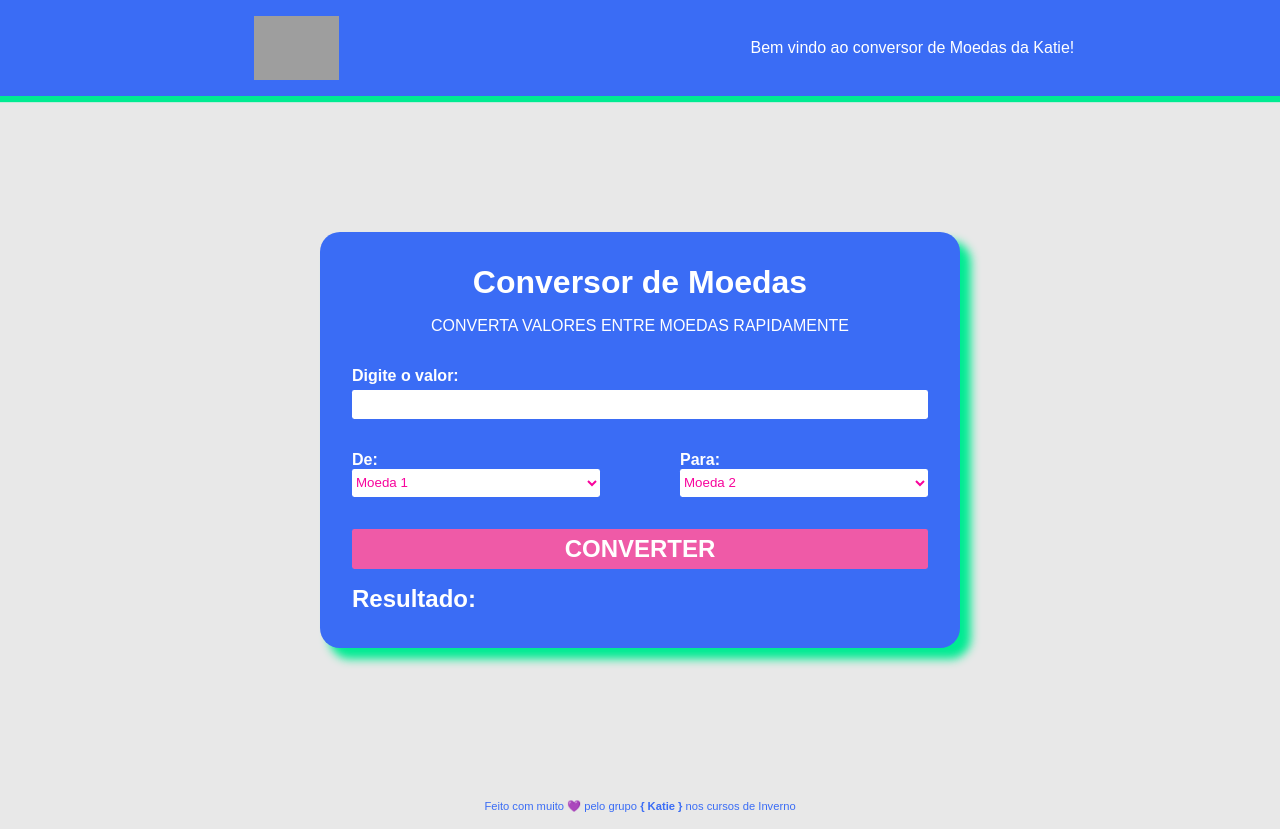
Repository: willamesalmeida/Conversor-de-Moedas
Page: index.html
An editor plug-in stored every save of this project. The page is shown before and after the next save, followed by the edit.
The browser window is 1280 px wide. The pictures show the whole page.
Pictures or frames that could not be fetched are drawn as grey boxes.

Above is the page before, as saved 2022-08-07 15:24:14.

After the next save:
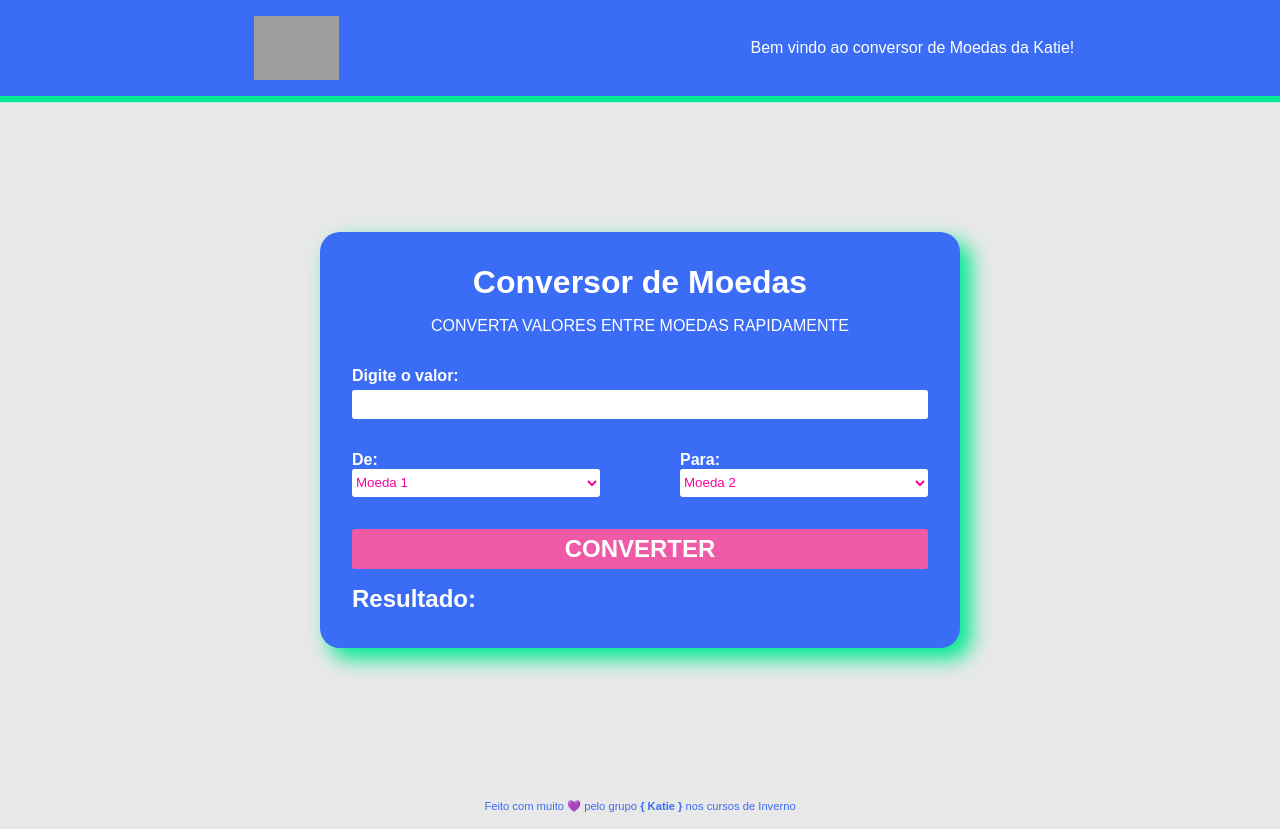
Saved 5 s later.
--- a/styles.css
+++ b/styles.css
@@ -33,7 +33,7 @@ input, select{
   border-radius: 20px;
   padding: 2rem;
   margin: 6rem auto;
-  box-shadow: 10px 10px 10px 1px var(--greengreen)
+  box-shadow: 10px 10px 20px 1px var(--greengreen)
 }
 
 header h2 {
